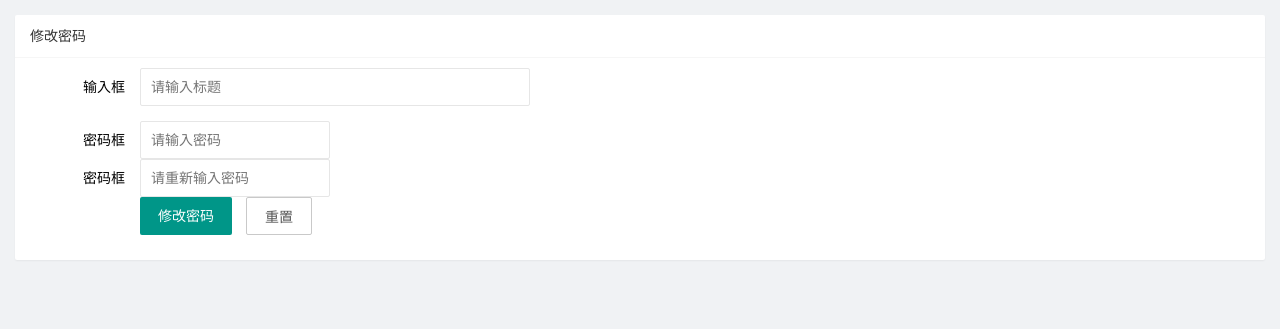
Repository: toastname/openread
Page: User/user_pwd.html
These files come from the project's save history. The page is drawn as it stood at one moment and after the next save; the edit follows.
The browser window is 1280 px wide. The pictures show the whole page.

Above is the page before, as saved 2021-06-14 19:07:39.

After the next save:
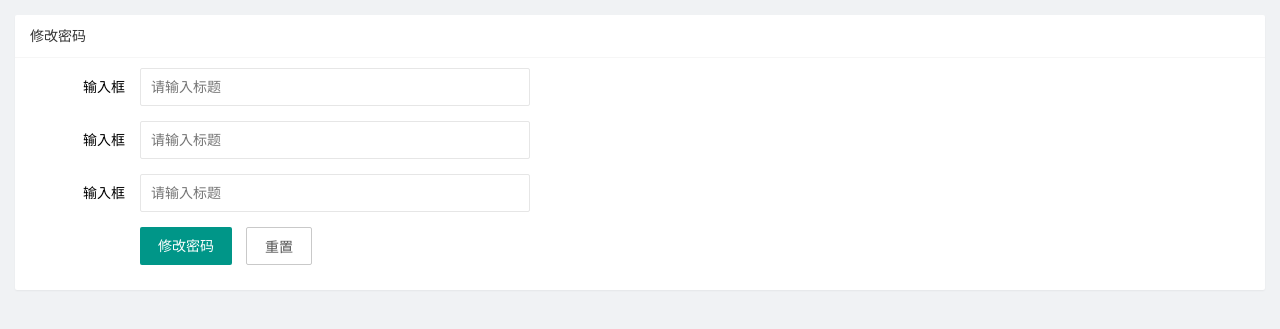
Saved 26 s later.
--- a/User/user_pwd.html
+++ b/User/user_pwd.html
@@ -21,18 +21,18 @@
                         <input type="text" name="title" required lay-verify="required" placeholder="请输入标题" autocomplete="off" class="layui-input">
                     </div>
                 </div>
-                <class class="layui-form-item">
-                    <label class="layui-form-label">密码框</label>
-                    <div class="layui-input-inline">
-                        <input type="password" name="password" required lay-verify="required" placeholder="请输入密码" autocomplete="off" class="layui-input">
+                <div class="layui-form-item">
+                    <label class="layui-form-label">输入框</label>
+                    <div class="layui-input-block">
+                        <input type="text" name="title" required lay-verify="required" placeholder="请输入标题" autocomplete="off" class="layui-input">
                     </div>
-                </class>
-                <class class="layui-form-item">
-                    <label class="layui-form-label">密码框</label>
-                    <div class="layui-input-inline">
-                        <input type="password" name="password" required lay-verify="required" placeholder="请重新输入密码" autocomplete="off" class="layui-input">
+                </div>
+                <div class="layui-form-item">
+                    <label class="layui-form-label">输入框</label>
+                    <div class="layui-input-block">
+                        <input type="text" name="title" required lay-verify="required" placeholder="请输入标题" autocomplete="off" class="layui-input">
                     </div>
-                </class>
+                </div>
                 <div class="layui-form-item">
                     <div class="layui-input-block">
                         <button class="layui-btn" lay-submit lay-filter="formDemo">修改密码</button>
